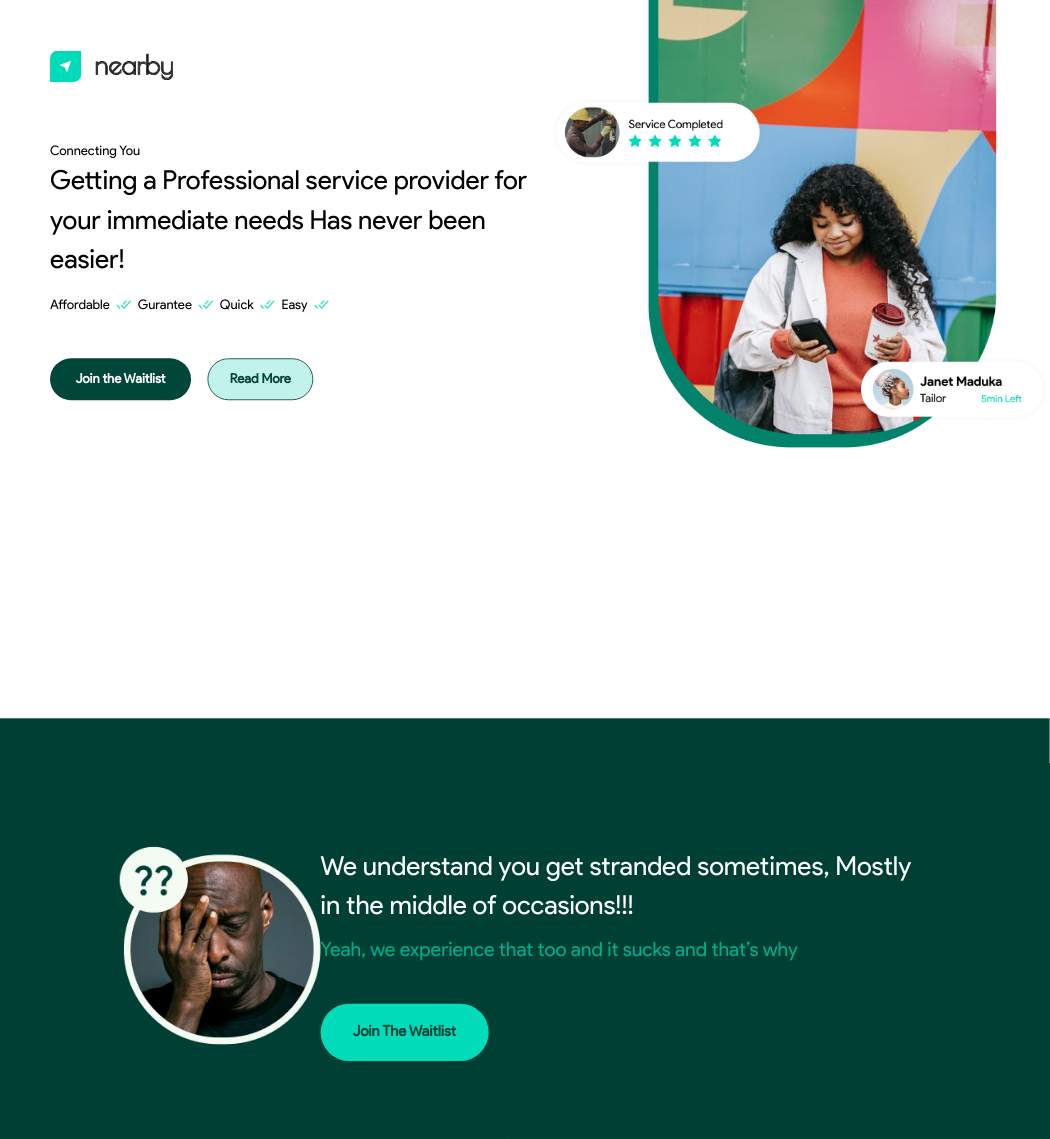
Repository: Eugene44-hub/Mearby
Page: /
An editor plug-in stored every save of this project. The page is shown before and after a run of saves, followed by the edit.
The browser window is 1280 px wide. The pictures show the whole page, at 82% of full size.
The project was rebuilt for these pictures with package versions that can differ from the ones it lists, and the page was loaded fresh each time.

Above is the page before, as saved 2022-04-30 07:19:55.

### src/App.tsx
import React from 'react';
import Hero from './components/hero/Hero';
import Nav from './components/nav/Nav';
import LandingPage from './pages/landing/LandingPage';

function App() {
  return (
   <>
<Nav/>
<LandingPage/>
</>

);
}

export default App;

### src/components/nav/Nav.tsx
import React from 'react';
import send from '../../assets/images/send.svg';
import nearby from '../../assets/images/nearby logo.svg';
import styles from "./Nav.module.css"
const Nav = () => {
	return (
		<nav className={`md:h-auto h-[96.57px] ${styles.nav} flex`}>
			<header className="m-auto block md:hidden">
				<div className="flex justify-center">
					<img
						src={send}
						className="bg-[#00DCBA] mr-[16.79px] p-3 rounded-tl-[8.91471px] rounded-br-[8.91471px]"
						alt="send"
					/>
					<img src={nearby} alt="send" />
				</div>
			</header>
		</nav>
	);
};

export default Nav;

### src/pages/landing/LandingPage.tsx
import React from 'react'
import Hero from '../../components/hero/Hero';
import Understand from '../../components/understand/Understand';
const LandingPage = () => {
  return (
    <>

    <Hero/>
    <Understand/>
    </>
  )
}

export default LandingPage

### src/components/nav/Nav.module.css
@media screen and (max-width:768px) {
    .nav{
/* display: none; */
/* bg-[#014034] */
background-color:#014034;
}
}

### src/components/hero/Hero.tsx
import React from 'react';
import styles from './Hero.module.css';
import checked from '../../assets/images/checked.png';
import heroImg from '../../assets/images/heroImg.png';
import send from '../../assets/images/send.svg';
import nearby from '../../assets/images/nearbyDark.svg';

const Hero = () => {
	const minorText: string[] = [ 'affordable', 'gurantee', 'quick', 'easy' ];
	return (
		<section className=" md:pl-[61px]">
			<div className={`${styles.container} md:flex justify-between`}>
				<div className={`${styles.heroContainer} mb-[3rem] flex flex-wrap md:w-[50%]`}>
					<div className="md:flex w-[20%] hidden mt-[62px] items-center">
						<img
							src={send}
							className="bg-[#00DCBA] w-[100%] mr-[16.79px] p-3 rounded-tl-[8.91471px] rounded-br-[8.91471px]"
							alt="send"
						/>
						<img src={nearby} alt="send" />
					</div>

					<div className="m-auto">
						<h2 className={` ${styles.connectHead} flex items-end md:h-[95.5px]`}>Connecting You</h2>
						<p className={`text-[2rem] ${styles.connectText}`}>
							Getting a Professional service provider for your immediate needs Has never been easier!
						</p>
					</div>

					<ul className={`${styles.connectList} mt-5 flex justify-between `}>
						{minorText.map((item, index) => (
							<li key={index} className="flex items-center capitalize mr-2">
								{item} <img src={checked} className="w-[18px] ml-2" alt="checked" />
							</li>
						))}
					</ul>

					<div className="w-[100%] md:pt-[53px] md:px-0 p-5">
						<button className="bg-[#004639] font-bold w-[172px] h-[51px] text-white mr-5 rounded-[50px]">
							Join the Waitlist
						</button>
						<button className="bg-[#C1F2EB] font-bold w-[129px] h-[51px] rounded-[50px] text-[#004034] border border-[#004034] capitalize">
							read more
						</button>
					</div>
				</div>
				<div className="md:w-[50%]">
					<img src={heroImg} className={styles.heroImg} alt="" />
				</div>
			</div>
		</section>
	);
};

export default Hero;
// wKcVoY0oBaK0dDUj5
// yX2Q8nskPsN4AjVkAPMBM

### src/components/understand/Understand.tsx
import React from 'react'
import understand from "../../assets/images/understand.png"
import WaitLight from "../../components/Buttons/WaitLight"
const Understand = () => {
  return (
    <div className='bg-[#004034] px-5 pt-[9.75rem] md:flex justify-center  relative mt-[20rem]'>

  <img src={understand} className=" absolute block md:hidden translate-x-[-50%] left-[50%] top-[-20%]" alt="understand" />
  <div >
  <img src={understand} className=" w-[100%]"alt="understand" />

  </div>

<div className='w-[60%] '>
<div>
  <p className='text-[2rem] text-white'>
  We understand you get stranded sometimes, Mostly in the middle of occasions!!!
  </p>
  <p className='mt-3 text-[1.5rem] text-[#01AB8B] '>
  Yeah, we experience that too and it sucks and that’s why  </p>
</div>

<div className='pt-[3rem] pb-[5.938rem]'>
<WaitLight/>
</div>

</div>



    </div>
  )
}

export default Understand

### src/components/hero/Hero.module.css
.container{
height: 812px;
background-image: url(../../assets/images/mobileHero.png);
background-repeat: no-repeat;
background-position: center;
background-size: 133% 100%;
}


.heroImg{
    display: none;
    width: 100%;
}
.heroContainer{
    /* background-color: black; */
    color: white;

}
.connectHead,.connectText,.connectList{
    padding: 20px;

}
@media screen and (min-width:600px) {
    .container{
    background-image:none;
    height: auto;
}
.connectHead{
    background-color: none;
}
.heroImg{
    display: block;
}
.connectHead{
    background-color: none;
}
.heroContainer{
    /* background-color: black; */
    color: black ;
}

}

@media screen and (min-width:768px) {
    .connectHead,.connectText,.connectList{
        padding: 0px;
    }

}


@media screen and (max-width:600px){
.connectHead{
    background-color: #004034;
}

}
/* .minorTxt{
} */
/* linear-gradient(rgba(0, 64, 52, 1), rgba(0, 57, 64, 0)) */
/* linear-gradient(rgba(0, 64, 52, 1),rgba(0, 64, 52, 1)) */

### src/components/Buttons/WaitLight.tsx
import React from 'react'
import styles from "./Button.module.css"

const Wait = () => {
  return (
    <button className={`${styles.light} capitalize`}>Join the waitlist</button>

  )
}

export default Wait

### src/components/Buttons/Button.module.css
    .light {
        background-color: #00DCBA;
        color: #004034;
        width: 205px;
        font-size: 1.125rem;
    }

    .dark {
        background-color: #004639;
        color: #004034;
        font-size: "1rem";
        width: 192px;
    }

    .light,
    .dark {
        height: 70px;
        border-radius: 50px;
        font-weight: bold;
    }

Loaded but not shown: public/index.html (common file); src/index.tsx (common file); src/index.css (common file); tailwind.config.js (common file)

After the next 5 saves:
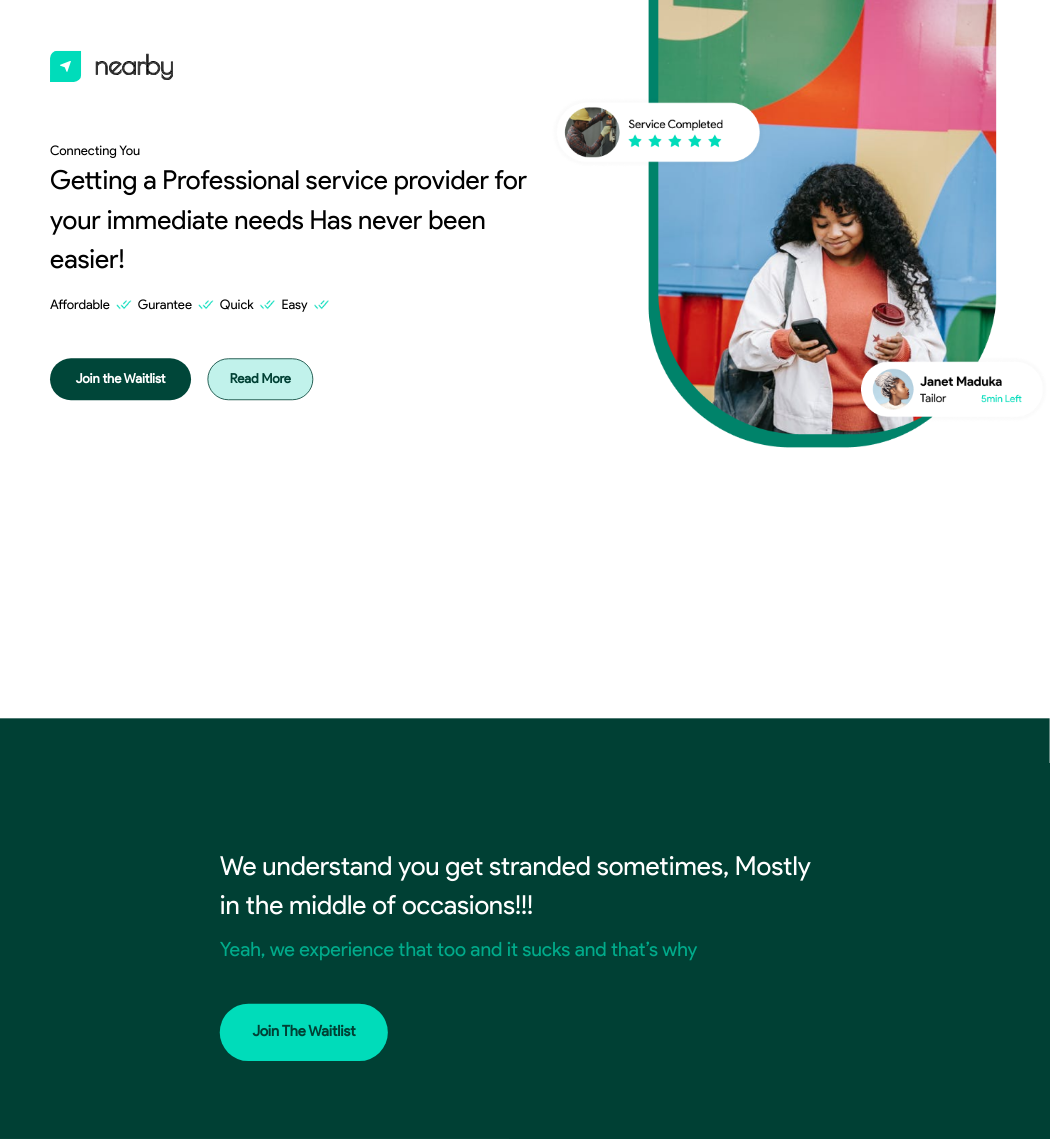
The 5 saves are shown as one change because they came seconds apart.
The last was saved 15 s later.
--- a/src/components/understand/Understand.tsx
+++ b/src/components/understand/Understand.tsx
@@ -6,7 +6,7 @@ const Understand = () => {
     <div className='bg-[#004034] px-5 pt-[9.75rem] md:flex justify-center  relative mt-[20rem]'>
 
   <img src={understand} className=" absolute block md:hidden translate-x-[-50%] left-[50%] top-[-20%]" alt="understand" />
-  <div >
+  <div className='hidden mr-3'>
   <img src={understand} className=" w-[100%]"alt="understand" />
 
   </div>
